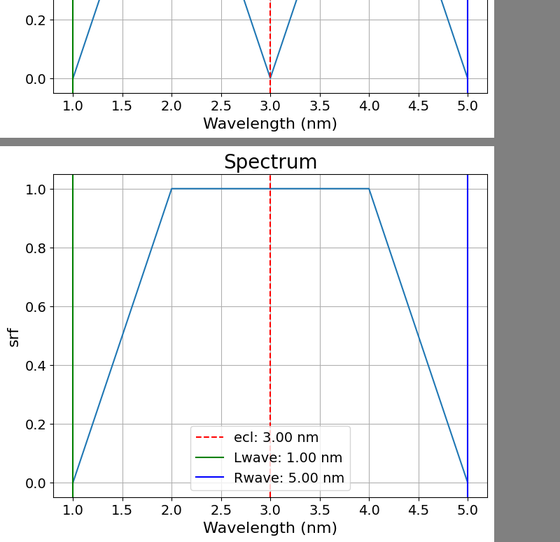
Repository: cyloveyou/cal_ecw
Script's output: python python/test_lib_ecl.py
These files come from the project's save history. The script's output is drawn as it stood at one moment and after the next save; the edit follows.
The pictures show rows 1593 to 3833 of an output 2368 px tall, at 70% of full size.
Each picture stacks the figures in order, with grey between them; figures that are only written to a file come last. The script is stopped after its 8th figure. Random numbers start from a fixed seed.

Above is the script's output before, as saved 2025-09-23 22:32:06.

After the next save:
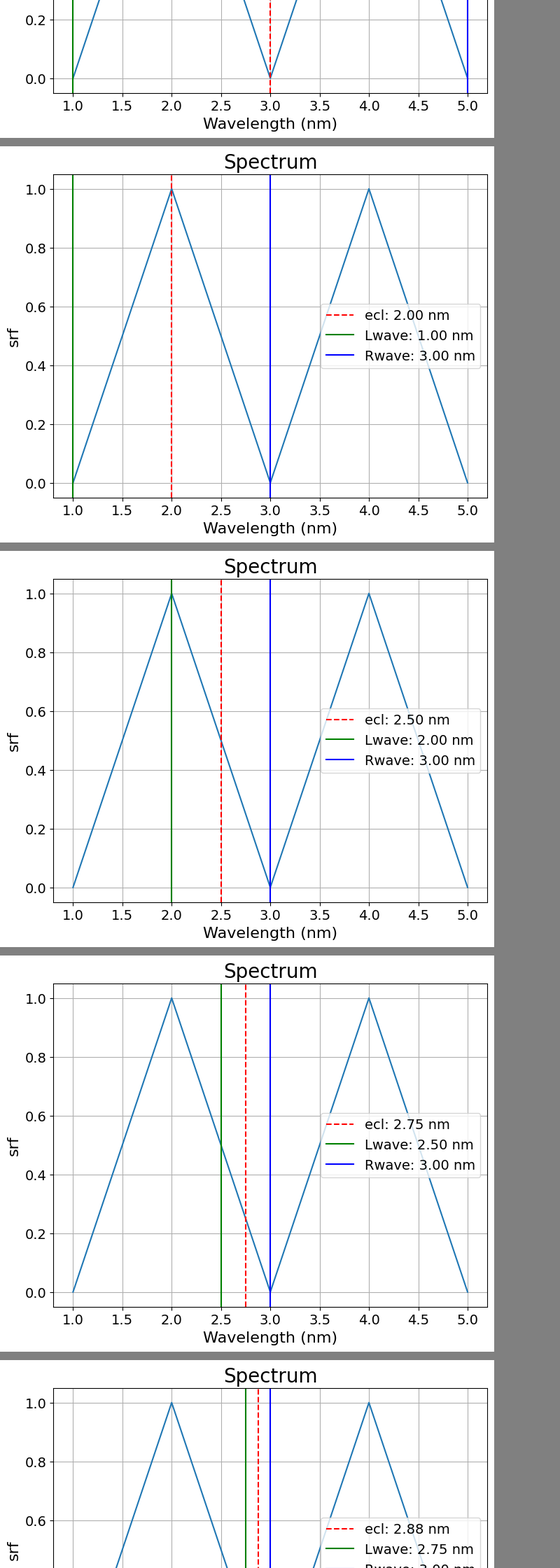
Saved 22 min 53 s later.
--- a/python/lib_ecl.py
+++ b/python/lib_ecl.py
@@ -101,7 +101,7 @@ def cal_ecl(wave, srf):
         )
         # 判断是否达到目标积分
         print("tmp_wave:", tmp_wave, " tmp_srf:", tmp_srf, " sum_srf_2:", sum_srf_2)
-        if abs(tmp_srf - sum_srf_2) < 1 or abs(rwave - lwave) < 1e-3:
+        if abs(rwave - lwave) < 1e-3:
             break
         # 如果当前积分小于目标积分，向右移动
         elif tmp_srf < sum_srf_2:
